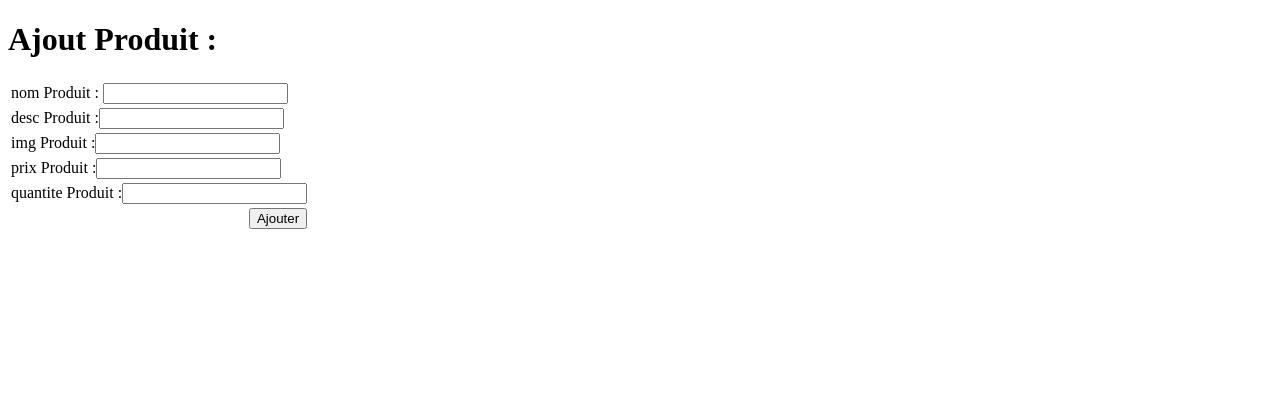
Repository: EBusinesss/Ebusiness
Page: http://localhost/EcomWEB/
These files come from the project's save history. The page is drawn as it stood at one moment and after the next save; the edit follows.
The browser window is 1280 px wide. The pictures show the whole page.
The page is served by Tomcat 9. Nobody is signed in. The application's start-up code is not run. Other server files are loaded and not shown.

Above is the page before, as saved 2014-12-06 22:04:42.

### Workspace/EcomWEB/WebContent/index.jsp
<%@ page language="java" contentType="text/html; charset=ISO-8859-1"
    pageEncoding="ISO-8859-1"%>
<!DOCTYPE html PUBLIC "-//W3C//DTD HTML 4.01 Transitional//EN" "http://www.w3.org/TR/html4/loose.dtd">
<html>
<head>
<meta http-equiv="Content-Type" content="text/html; charset=ISO-8859-1">
<title>Insert title here</title>
</head>
<body>
		<h1>Ajout Produit :</h1>
		<form action="AddProductServlet" method="post">
		<table>
			<tr><td> nom Produit 		: <input type="text" name="nomProduit" width="25"></td></tr>
			<tr><td> desc Produit 		:<input type="text" name="descProduit" width="25"></td></tr>
			<tr><td> img Produit		:<input type="text" name="imgProduit" width="25"></td></tr>
			<tr><td> prix Produit 		:<input type="text" name="prixProduit" width="25"></td></tr>
			<tr><td> quantite Produit	:<input type="text" name="quantiteProduit" width="25"></td></tr>
			<tr>
				<td align="right" colspan="3">
					<button name="submit" type="submit">Ajouter</button>
				</td>
			</tr>
		</table>
		</form>

</body>
</html>

After the next save:
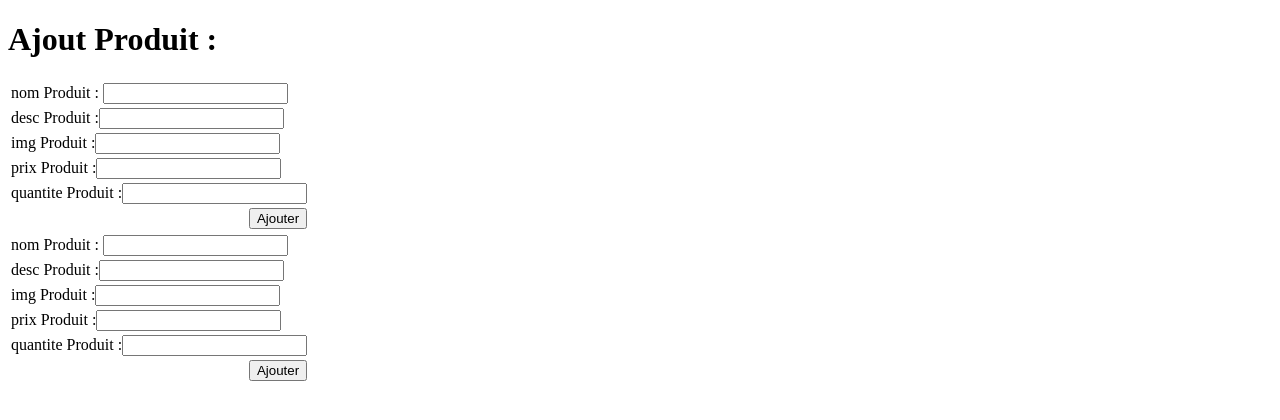
Saved 8 min 13 s later.
--- a/Workspace/EcomWEB/WebContent/index.jsp
+++ b/Workspace/EcomWEB/WebContent/index.jsp
@@ -23,5 +23,20 @@
 		</table>
 		</form>
 
+				<form action="ListProductServlet" method="post">
+		<table>
+			<tr><td> nom Produit 		: <input type="text" name="nomProduit" width="25"></td></tr>
+			<tr><td> desc Produit 		:<input type="text" name="descProduit" width="25"></td></tr>
+			<tr><td> img Produit		:<input type="text" name="imgProduit" width="25"></td></tr>
+			<tr><td> prix Produit 		:<input type="text" name="prixProduit" width="25"></td></tr>
+			<tr><td> quantite Produit	:<input type="text" name="quantiteProduit" width="25"></td></tr>
+			<tr>
+				<td align="right" colspan="3">
+					<button name="submit" type="submit">Ajouter</button>
+				</td>
+			</tr>
+		</table>
+		</form>
+
 </body>
 </html>
